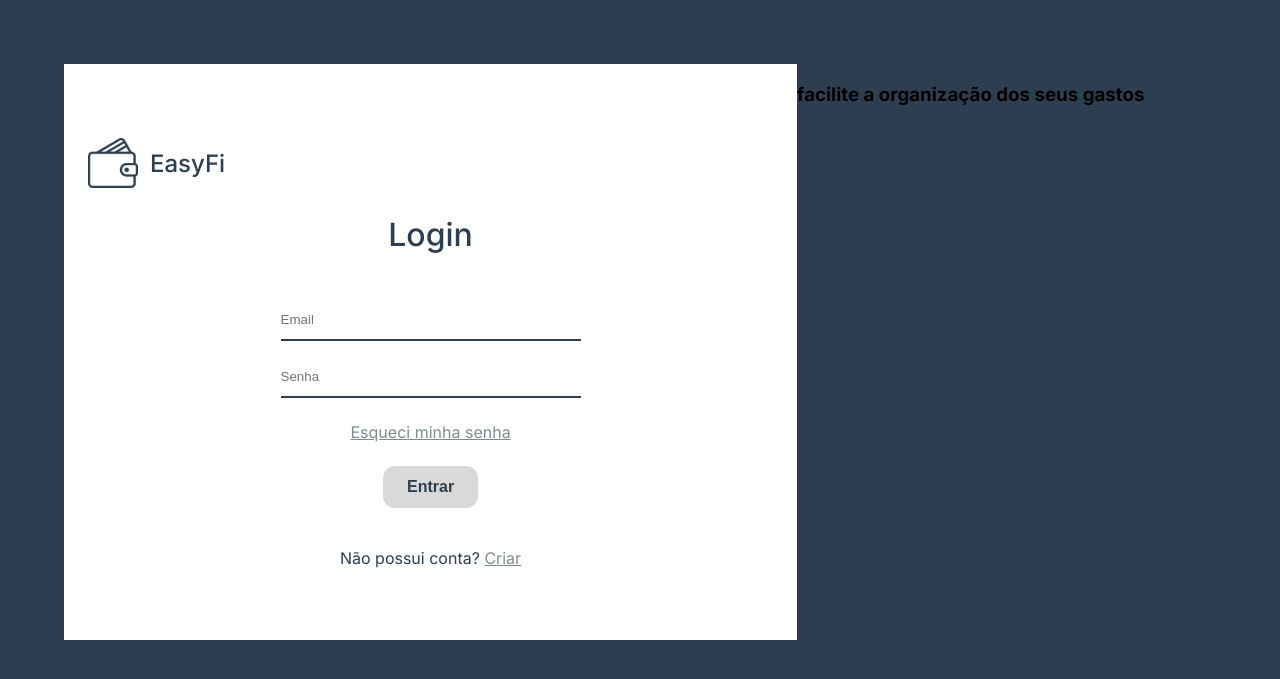
Repository: Ingridiag/projeto-engenharia
Page: login.html
An editor plug-in stored every save of this project. The page is shown before and after the next save, followed by the edit.
The browser window is 1280 px wide. The pictures show the whole page.

Above is the page before, as saved 2024-10-28 17:06:05.

### login.html
<!DOCTYPE html>
<html lang="pt">

<head>
    <meta charset="UTF-8">
    <meta name="viewport" content="width=device-width, initial-scale=1.0">
    <link rel="preconnect" href="https://fonts.googleapis.com">
<link rel="preconnect" href="https://fonts.gstatic.com" crossorigin>
<link href="https://fonts.googleapis.com/css2?family=Inter:ital,opsz,wght@0,14..32,100..900;1,14..32,100..900&display=swap"
rel="stylesheet">
    <link rel="stylesheet" href="style.css">
    <title>Login</title>
</head>

<body>
    <div class="container">

        <!-- Tela Login -->
        <div class="login">
            <div class="primeira-coluna">
                <div class="logo">
                    <img src="imagens/logo-azul 1.svg" alt="logo">
                    <h1>EasyFi</h1>
                </div>
                <div class="formulario">
                    <h1 class="title">Login</h1>
                    <form >
                        <input type="email" placeholder="Email">
                        <input type="password" placeholder="Senha">
                    </form>
                    <div class="uses">
                        <a href="#" class="link">Esqueci minha senha</a>

                    </div>
                    <div class="btn-default">
                        <button>
                            Entrar
                        </button>
                    </div>
                    <div >
                        <p>Não possui conta?
                            <span>
                                <a href="#" class="link">Criar</a>
                            </span>
                        </p>
                    </div>
                </div>
            </div>
            <div class="decor">
                <h3 class="mensagem">
                    facilite a organização dos seus gastos
                </h3>

            </div>
        </div>



        <div class="cadastro">
            <!-- Tela Cadastro -->
            <div class="decor">
                <h3 class="mensagem">
                    facilite a organização dos seus gastos
                </h3>
            </div>

            <div class="primeira-coluna">
                <div class="logo">
                    <img src="imagens/logo-azul 1.svg" alt="logo">
                    <h1>EasyFi</h1>
                </div>
                <div class="formulario">
                    <h1 class="title">Criar Conta</h1>
                    <form >
                        <input type="text" placeholder="Nome">
                        <input type="email" placeholder="Email">
                        <input type="password" placeholder="Senha">
                        <input type="password" placeholder=" Confirmar senha">
                    </form>
                    <div>
                        <a href="#" class="link">Esqueci minha senha</a>

                    </div>
                    <div class="btn-default">
                        <button>
                            Entrar
                        </button>
                    </div>
                    <div class="uses">
                        <p>Já possui conta?
                            <span>
                                <a href="#" class="link">Login</a>
                            </span>
                        </p>
                    </div>
                </div>
            </div>
        </div>


    </div>

</body>

</html>

### style.css
body {
    margin: 0;
    padding: 0;
    box-sizing: border-box;
    background: #2C3E50;
    font-family: "Inter", sans-serif;
}

.container {
    display: flex;
    justify-content: center;
    align-items: center;
    margin: 0 auto;
    padding: 5%;
}

.login {
    width: 100%;
    height: 80vh;

    display: flex;
    align-items: center;
    justify-content: space-between;
}

.primeira-coluna {
    width: 70%;
    height: 100%;
    display: flex;
    flex-direction: column;
    justify-content: center;
    background: #fff;
}

.logo {
    display: flex;
    gap: 12px;
    align-items: center;
    padding: 12px 24px 0;
    color: #2C3E50;

    h1 {
        font-size: 24px;
        font-weight: 500;
    }
    img{
        width: 50px;

    }

}

.formulario {
    display: flex;
    flex-direction: column;
    align-items: center;
    gap: 24px;
    color: #2C3E50;
    h1{
        font-weight: 500;}
}

.formulario form {
    display: flex;
    flex-direction: column;
    gap: 16px;
}

.formulario form input {
    width: 300px;
    padding: 12px 0px;
    background: none;
    border: none;
    border-bottom: 2px solid #2C3E50;
    outline: none;
    color: #2C3E50;

}

.formulario a {
    color: #7F8C8D;
}

.btn-default button {
    background: #D9D9D9;
    border: none;
    border-radius: 12px;
    padding: 12px 24px;
    font-size: 16px;
    transition: 0.2s ease;
    cursor: pointer;
    color: #2C3E50;
    font-weight: 600;
}

.btn-default button:hover {
    background: #F4EEEE;
    color: #577695;
    transform: scale(1.1);
}
.decor{
  width: 40%;
  height: 80vh;
  background-image: url( imagens/imagem_background.svg);
  background-size: 40% 480vh;
}

.cadastro {
    display: none;
    flex-direction: column;
    position: relative;
}

After the next save:
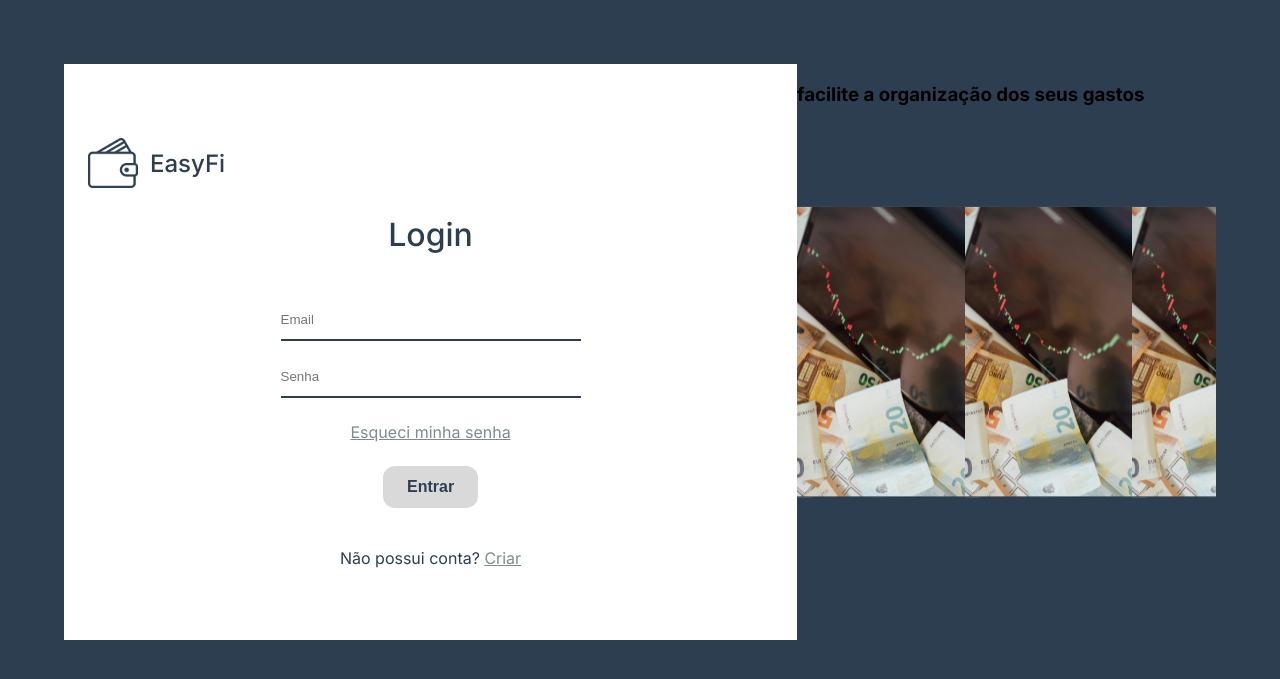
Saved 4 s later.
--- a/style.css
+++ b/style.css
@@ -102,7 +102,7 @@ body {
   width: 40%;
   height: 80vh;
   background-image: url( imagens/imagem_background.svg);
-  background-size: 40% 480vh;
+  background-size: 40% 80vh;
 }
 
 .cadastro {
